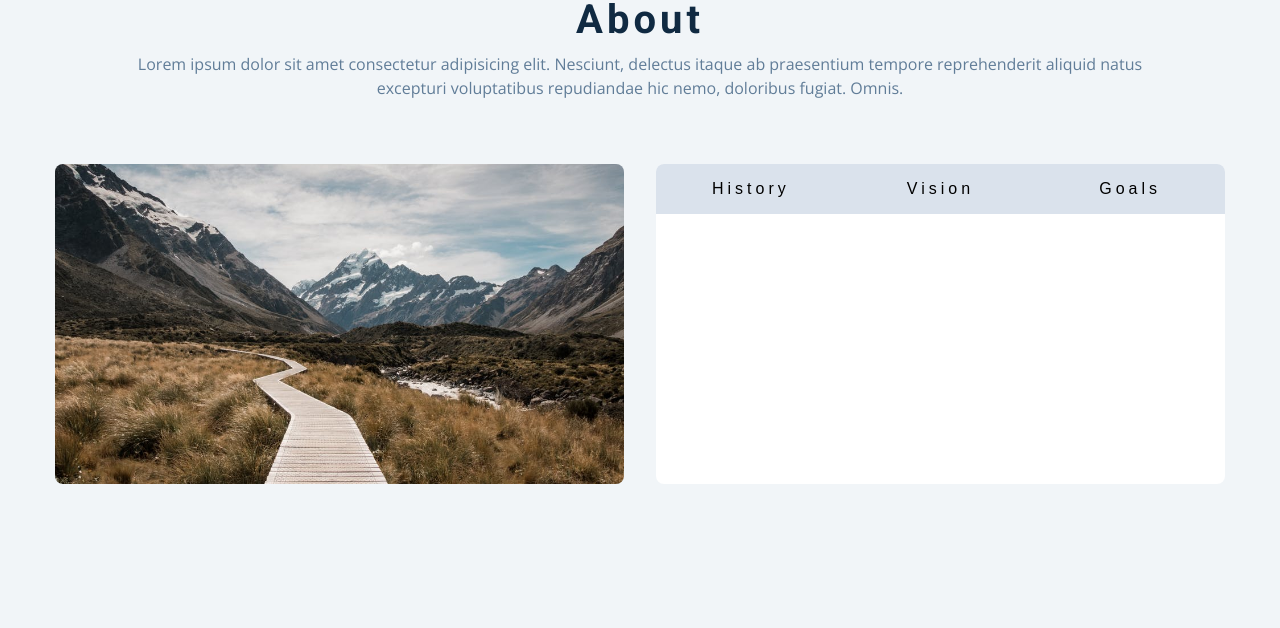
Repository: Kamrangujjar85112/Javascript-Vanilla-Projects
Page: setup/11-tabs/setup/index.html
An editor plug-in stored every save of this project. The page is shown before and after the next save, followed by the edit.
The browser window is 1280 px wide. The pictures show the whole page.

Above is the page before, as saved 2022-02-03 13:29:27.

After the next save:
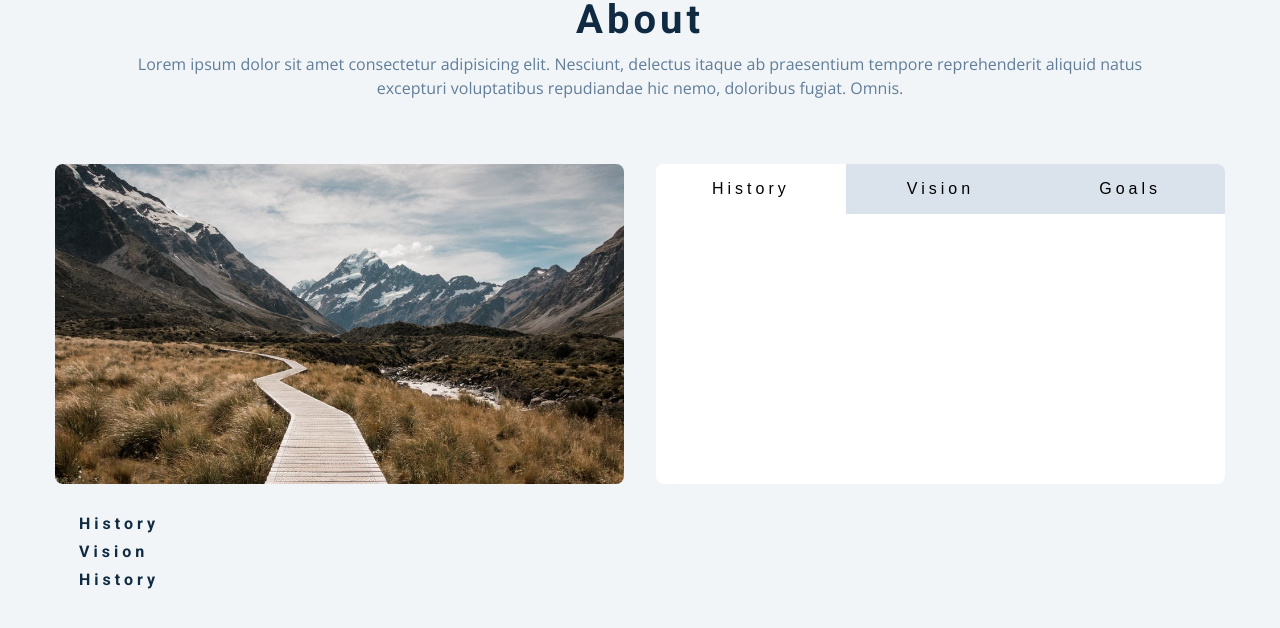
Saved 3 min 30 s later.
--- a/setup/11-tabs/setup/index.html
+++ b/setup/11-tabs/setup/index.html
@@ -23,10 +23,27 @@
       <article class="about">
         <!-- btn container -->
         <div class="btn-container">
-          <button class="tab-btn" data-id="history">history</button>
+          <button class="tab-btn active" data-id="history">history</button>
           <button class="tab-btn" data-id="vision">vision</button>
           <button class="tab-btn" data-id="goals">goals</button>
         </div>
+      </article>
+      <article class="about-content">
+        <!-- single item -->
+        <div class="content active" id="history">
+          <h4>history</h4>
+        </div>
+        <!-- end single item -->
+        <!-- single item -->
+        <div class="content active" id="vision">
+          <h4>vision</h4>
+        </div>
+        <!-- end single item -->
+        <!-- single item -->
+        <div class="content active" id="goals">
+          <h4>history</h4>
+        </div>
+        <!-- end single item -->
       </article>
       </div>
     </section>
